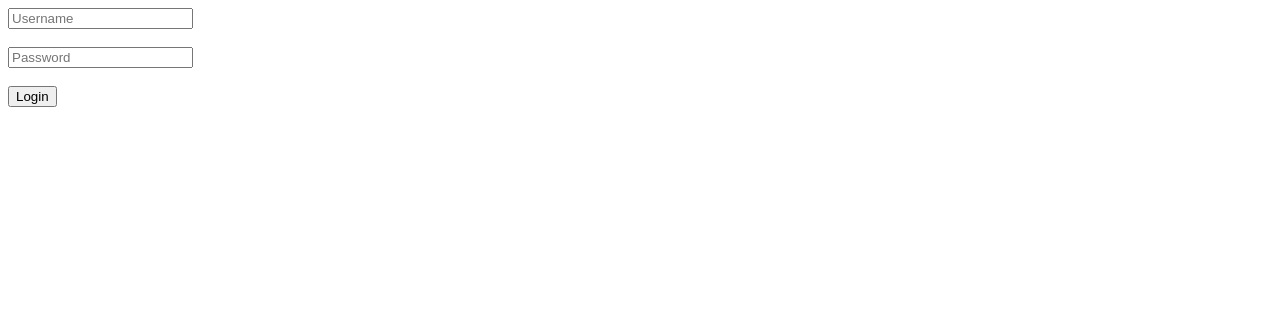
Repository: NamanSahu09/riskBasedAuth
Page: backend/public/test_login.html
These files come from the project's save history. The page is drawn as it stood at one moment and after the next save; the edit follows.
The browser window is 1280 px wide. The pictures show the whole page.

Above is the page before, as saved 2026-03-01 18:58:45.

After the next save:
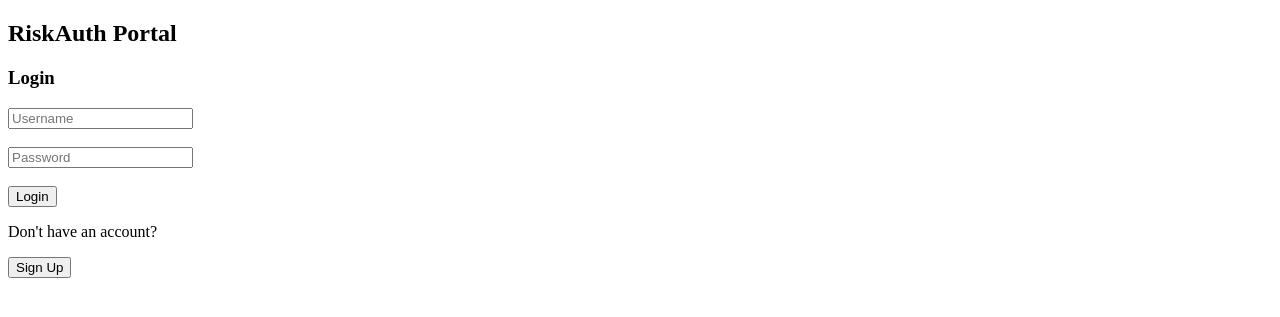
Saved 84 s later.
--- a/backend/public/test_login.html
+++ b/backend/public/test_login.html
@@ -1,18 +1,50 @@
 <!DOCTYPE html>
 <html lang="en">
-
 <head>
   <meta charset="UTF-8">
-  <meta name="viewport" content="width=device-width, initial-scale=1.0">
-  <title>Login Portal</title>
+  <title>RiskAuth Portal</title>
+  <script>
+    function showSignup() {
+      document.getElementById("loginForm").style.display = "none";
+      document.getElementById("signupForm").style.display = "block";
+    }
+
+    function showLogin() {
+      document.getElementById("signupForm").style.display = "none";
+      document.getElementById("loginForm").style.display = "block";
+    }
+  </script>
 </head>
 
 <body>
-  <form method="POST" action="login.php">
-    <input type="text" name="username" placeholder="Username"><br><br>
-    <input type="password" name="password" placeholder="Password"><br><br>
-    <button type="submit">Login</button>
-  </form>
+
+  <h2>RiskAuth Portal</h2>
+
+  <!-- LOGIN FORM -->
+  <div id="loginForm">
+    <h3>Login</h3>
+    <form method="POST" action="login.php">
+      <input type="text" name="username" placeholder="Username" required><br><br>
+      <input type="password" name="password" placeholder="Password" required><br><br>
+      <button type="submit">Login</button>
+    </form>
+
+    <p>Don't have an account?</p>
+    <button onclick="showSignup()">Sign Up</button>
+  </div>
+
+  <!-- SIGNUP FORM -->
+  <div id="signupForm" style="display:none;">
+    <h3>Create Account</h3>
+    <form method="POST" action="register.php">
+      <input type="text" name="username" placeholder="Username" required><br><br>
+      <input type="password" name="password" placeholder="Password" required><br><br>
+      <button type="submit">Create Account</button>
+    </form>
+
+    <p>Already have an account?</p>
+    <button onclick="showLogin()">Back to Login</button>
+  </div>
+
 </body>
-
 </html>
